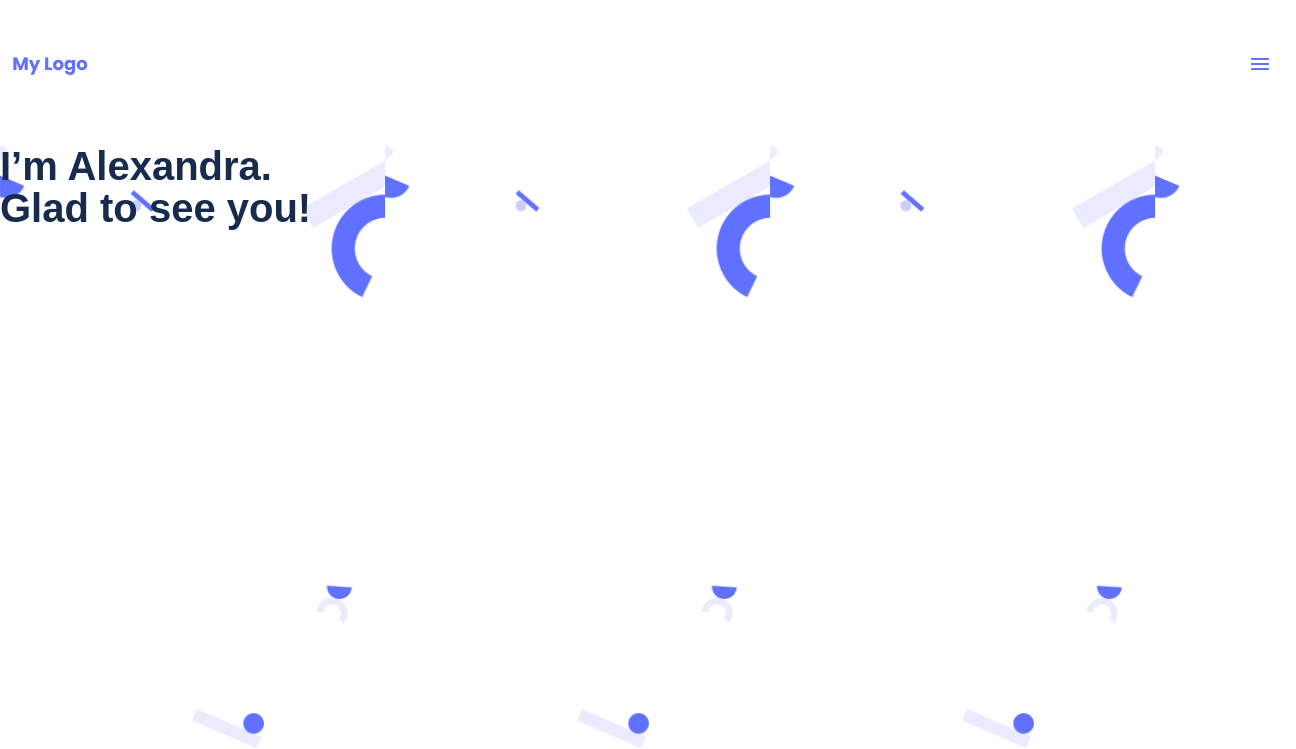
Repository: Paulinelali/potfoilo.github.io
Page: public/index.html
The author's editor kept a copy of each file at every save. The page is drawn from the files as they stood at one save, then again after the next save.
The browser window is 1280 px wide. The page is 1280 px wide, then 1296 px, so the pictures cover 1296 px, including what lies to the right of the window. The pictures show the whole page.

Above is the page before, as saved 2023-03-24 21:27:56.

After the next save:
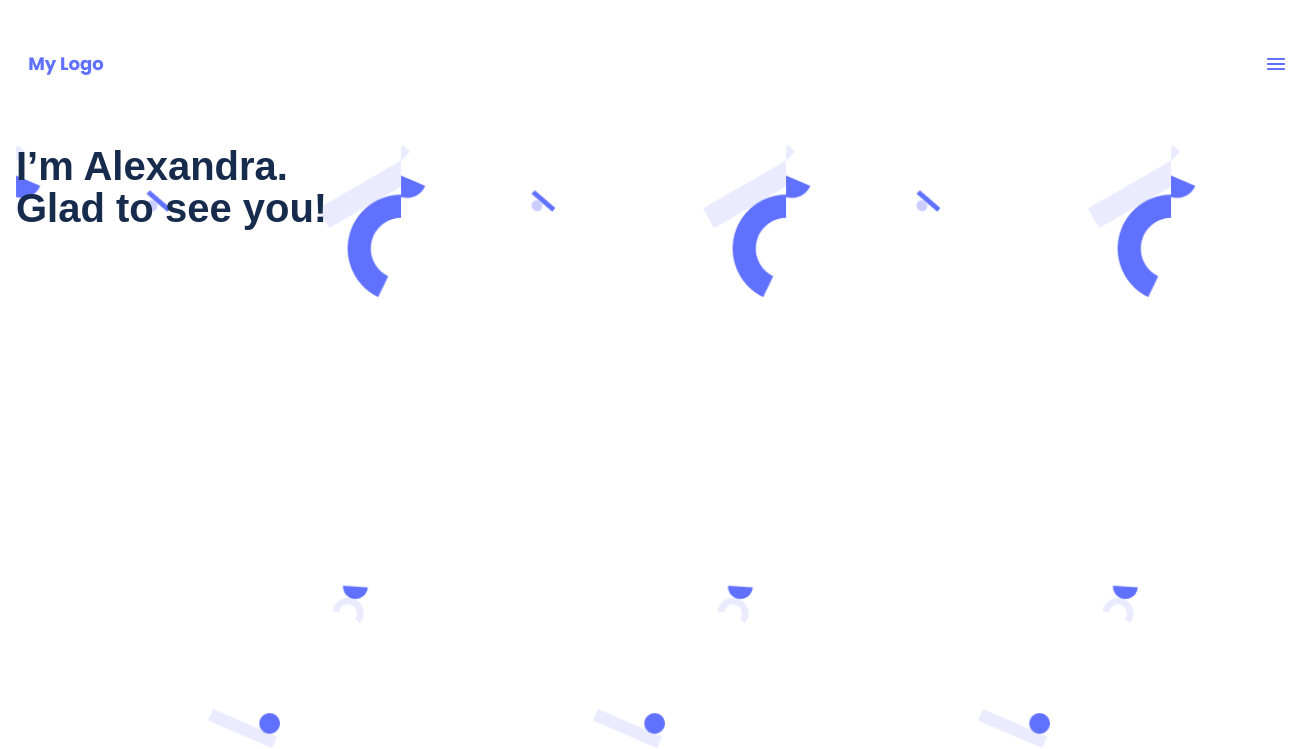
Saved 9 s later.
--- a/styles/style.css
+++ b/styles/style.css
@@ -3,7 +3,7 @@
     padding: 0px;
     margin: 0px;
 }
-body{ padding: ;}
+body{ padding: 0px 16px;}
 .intro-section{
     background-image: url("../assets/header-shapes\ mobile.png");
     width: 100%;
